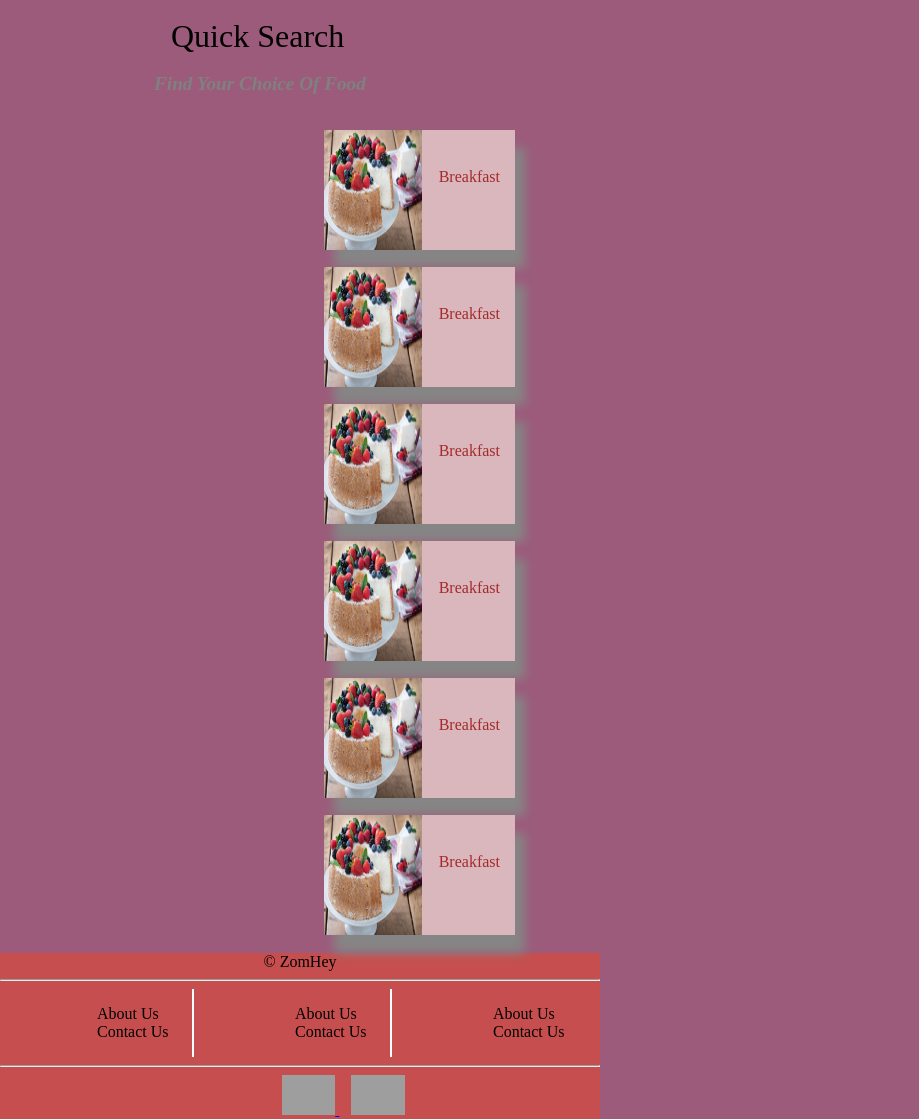
Repository: dashmeenkalra/dashmeen_kalra
Page: css,bootstrap/CSS/zom.html
These files come from the project's save history. The page is drawn as it stood at one moment and after the next save; the edit follows.
The browser window is 600 px wide. The page is 919 px wide, so the pictures cover 919 px, including what lies to the right of the window. The pictures show the part of the page from y = 465 to 1584 px (the page is 1584 px tall).
Pictures or frames that could not be fetched are drawn as grey boxes.

Above is the page before, as saved 2023-03-27 09:41:59.

After the next save:
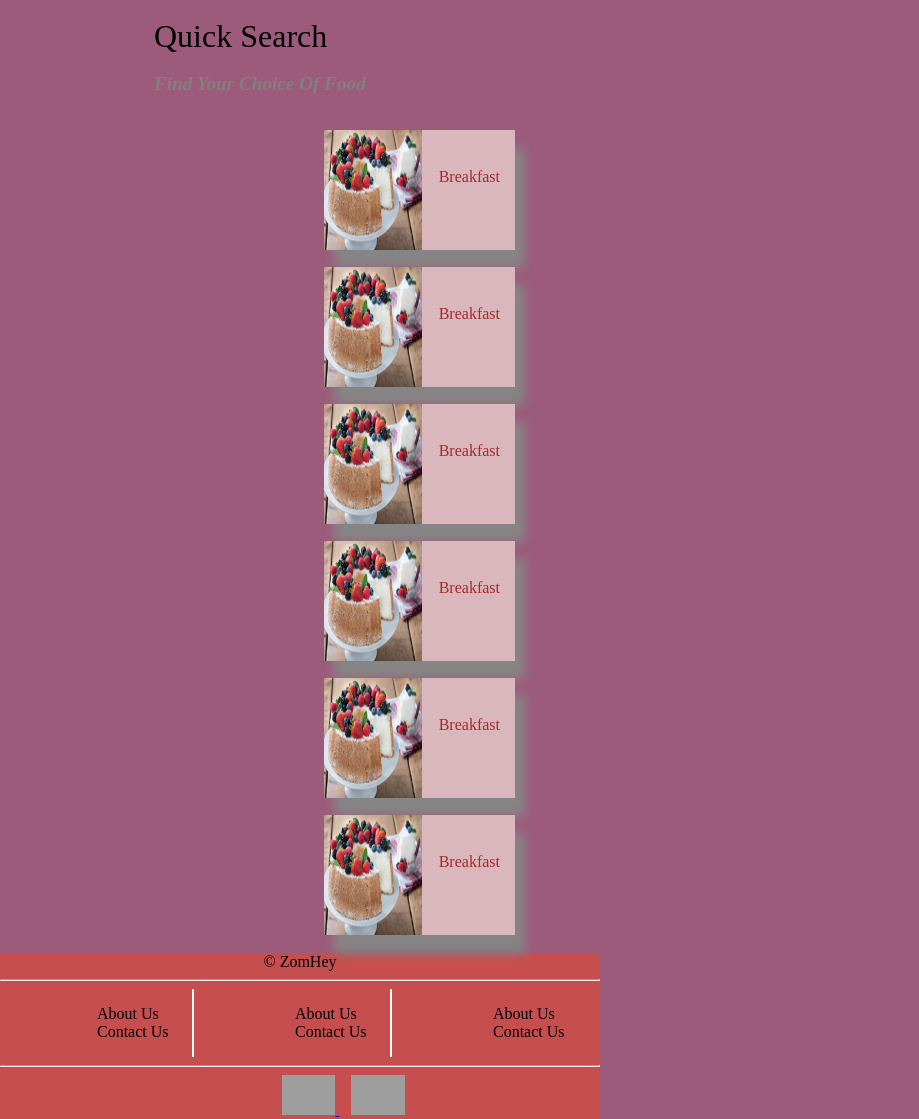
Saved 26 s later.
--- a/css,bootstrap/CSS/zom.css
+++ b/css,bootstrap/CSS/zom.css
@@ -190,7 +190,7 @@
     .inbox{
         margin-left:30%;
     }
-    .heading{
+    .heading1{
         margin-left:10%;
     }
         }

After the save that followed:
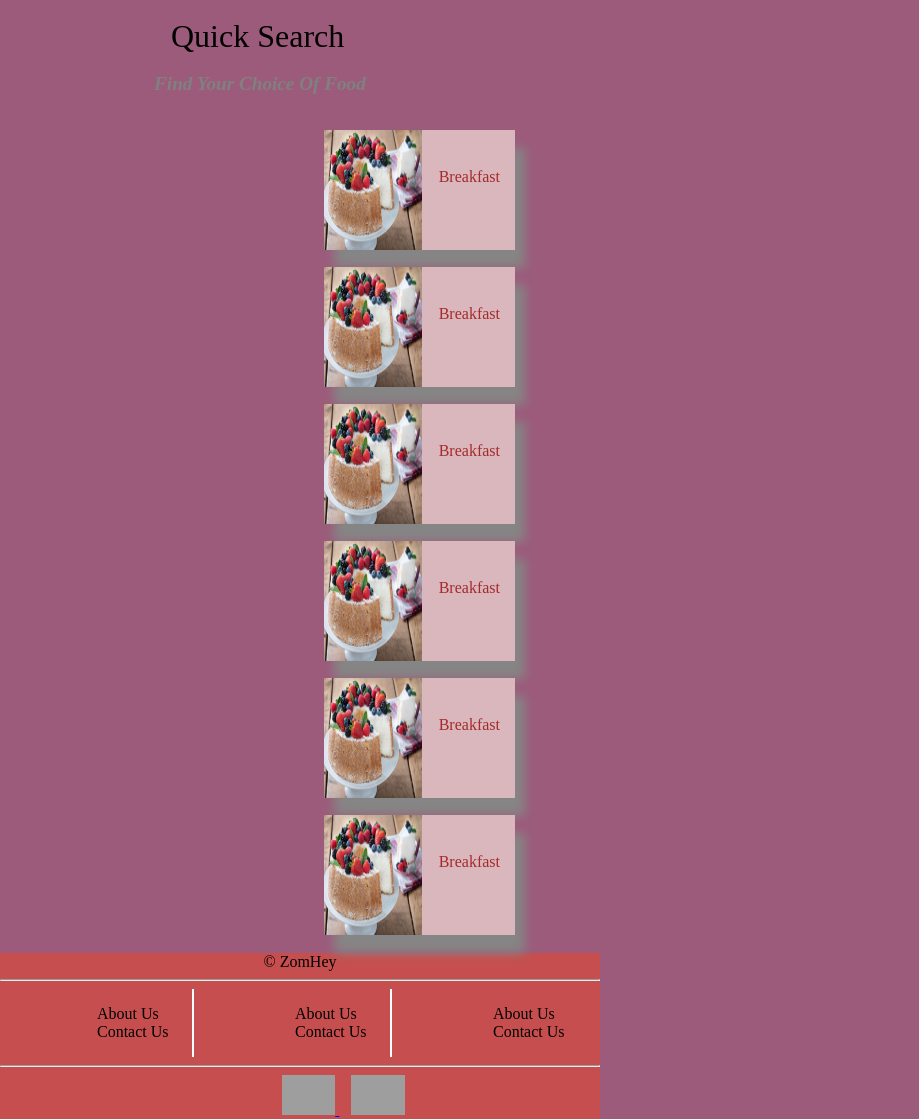
Saved 47 s later.
--- a/css,bootstrap/CSS/zom.css
+++ b/css,bootstrap/CSS/zom.css
@@ -191,6 +191,6 @@
         margin-left:30%;
     }
     .heading1{
-        margin-left:10%;
+        margin-left:%;
     }
         }
